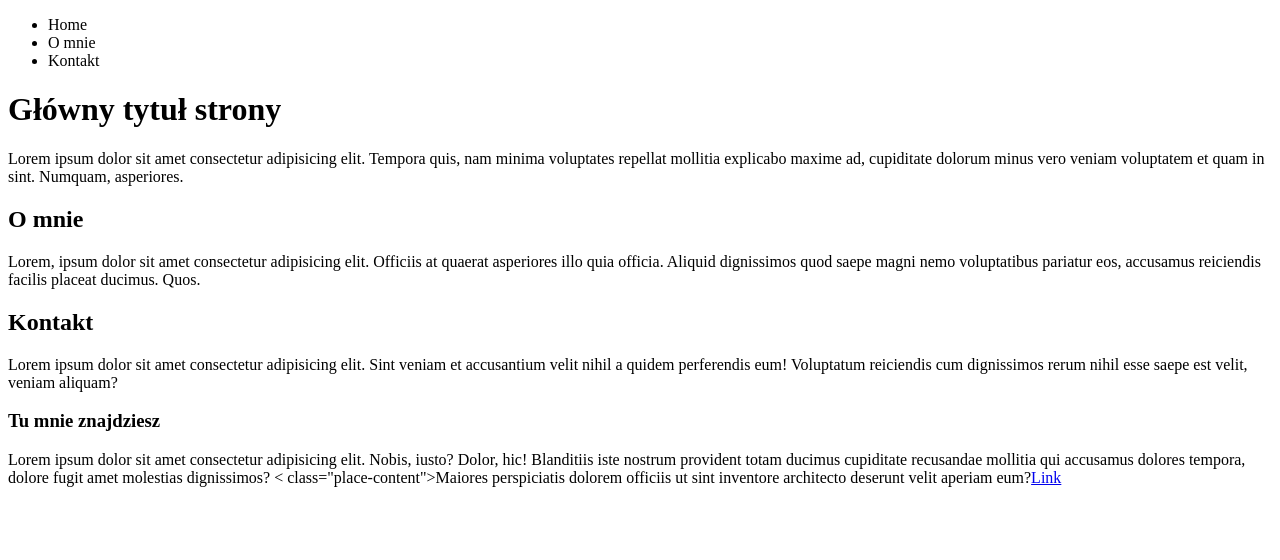
Repository: magdaf41/magdaf41.github.io
Page: zadania-domowe/HTML/zadanie_2/index.html
An editor plug-in stored every save of this project. The page is shown before and after the next save, followed by the edit.
The browser window is 1280 px wide. The pictures show the whole page.

Above is the page before, as saved 2020-08-13 11:21:46.

### zadania-domowe/HTML/zadanie_2/index.html
<!DOCTYPE html>
<html lang="en">

<head>
    <meta charset="UTF-8">
    <meta name="viewport" content="width=device-width, initial-scale=1.0">
    <title>Document</title>
</head>

<body>


    <nav id="menu">
        <ul>
            <li class="menu-item">Home</li>
            <li class="menu-item">O mnie</li>
            <li class="menu-item">Kontakt</li>
        </ul>
    </nav>


    <header id="header">
        <h1 id="main-header">Główny tytuł strony</h1>
        <p class="header-content">Lorem ipsum dolor sit amet consectetur adipisicing elit. Tempora quis, nam minima
            voluptates repellat
            mollitia explicabo maxime ad, cupiditate dolorum minus vero veniam voluptatem et quam in sint. Numquam,
            asperiores.</p>
    </header>

    <section id="about">
        <h2 id="about-header">O mnie</h2>
        <p class="about-content">Lorem, ipsum dolor sit amet consectetur adipisicing elit. Officiis at quaerat
            asperiores illo quia officia.
            Aliquid dignissimos quod saepe magni nemo voluptatibus pariatur eos, accusamus reiciendis facilis placeat
            ducimus. Quos.</p>
    </section>

    <section id="contact">
        <h2 id="contact-header">Kontakt</h2>
        <p class="contant-contact">Lorem ipsum dolor sit amet consectetur adipisicing elit. Sint veniam et accusantium
            velit nihil a quidem perferendis eum! Voluptatum reiciendis cum dignissimos rerum nihil esse saepe est
            velit, veniam aliquam?</p>
        <h3 id="place-header">Tu mnie znajdziesz</h3>
        <p class="place-content">Lorem ipsum dolor sit amet consectetur adipisicing elit. Nobis, iusto? Dolor, hic!
            Blanditiis iste nostrum provident totam ducimus cupiditate recusandae mollitia qui accusamus dolores
            tempora, dolore fugit amet molestias dignissimos?
        < class="place-content">Maiores perspiciatis dolorem officiis ut sint inventore
            architecto deserunt velit aperiam eum?<a href="Link">Link</a></p>
    </section>

    <footer></footer>
</body>

</html>

After the next save:
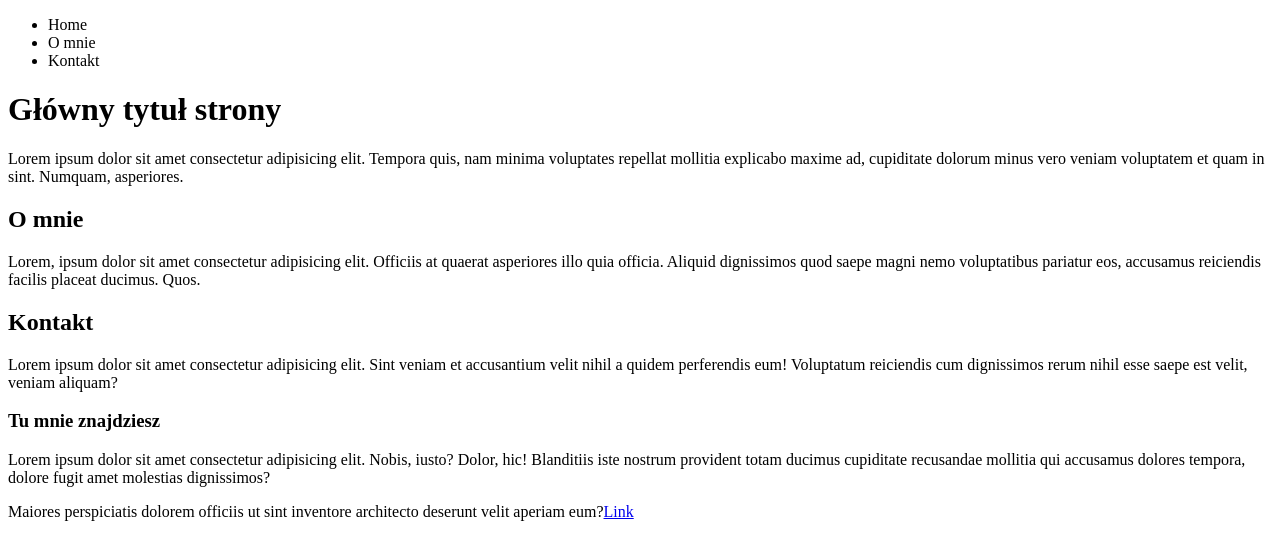
Saved 6 s later.
--- a/zadania-domowe/HTML/zadanie_2/index.html
+++ b/zadania-domowe/HTML/zadanie_2/index.html
@@ -44,7 +44,7 @@
         <p class="place-content">Lorem ipsum dolor sit amet consectetur adipisicing elit. Nobis, iusto? Dolor, hic!
             Blanditiis iste nostrum provident totam ducimus cupiditate recusandae mollitia qui accusamus dolores
             tempora, dolore fugit amet molestias dignissimos?
-        < class="place-content">Maiores perspiciatis dolorem officiis ut sint inventore
+        <p class="place-content">Maiores perspiciatis dolorem officiis ut sint inventore
             architecto deserunt velit aperiam eum?<a href="Link">Link</a></p>
     </section>
 
